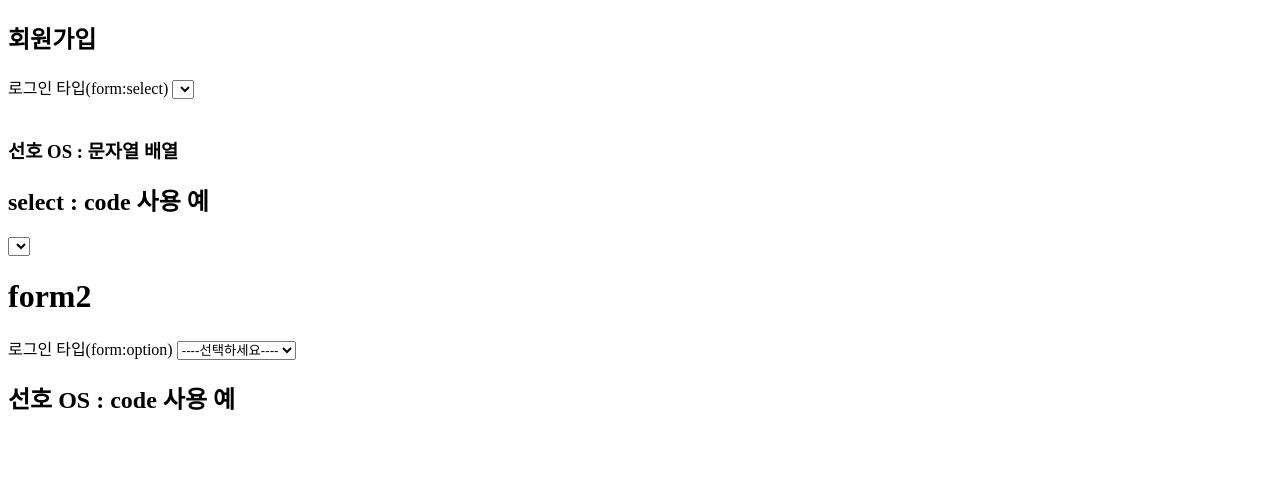
Repository: hanskim431/STS_Study
Page: http://localhost/sp5-chap11/WEB-INF/view/form/form2.jsp
An editor plug-in stored every save of this project. The page is shown before and after the next save, followed by the edit.
The browser window is 1280 px wide. The pictures show the whole page.
The page is served by Tomcat 9. Nobody is signed in. The template is opened directly, without the code that normally fills it, so the values that code supplies are empty.

Above is the page before, as saved 2023-06-09 03:07:16.

After the next save:
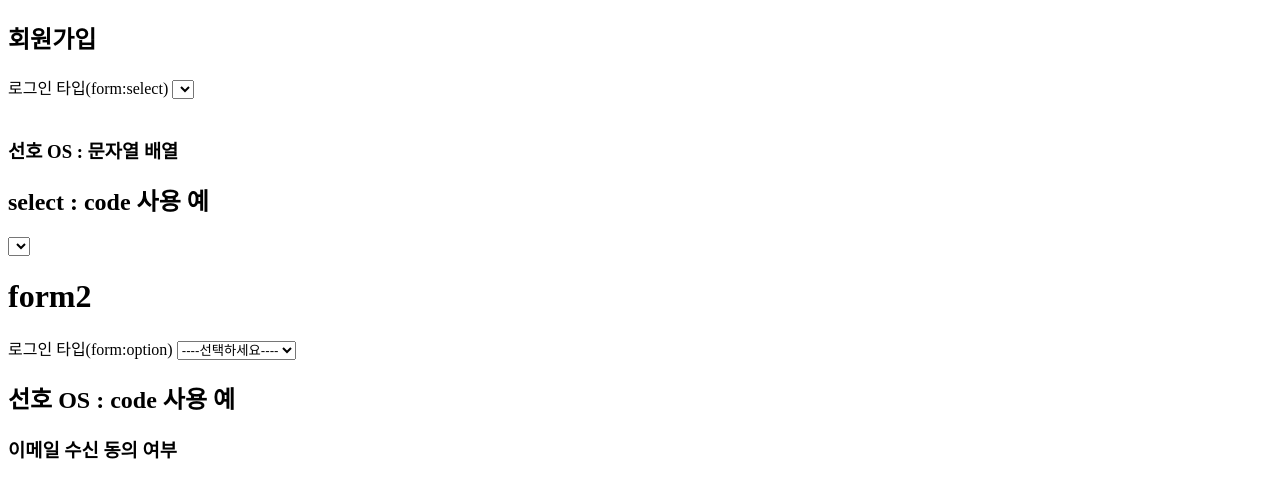
Saved 32 s later.
--- a/sp5-chap11/src/main/webapp/WEB-INF/view/form/form2.jsp
+++ b/sp5-chap11/src/main/webapp/WEB-INF/view/form/form2.jsp
@@ -48,6 +48,8 @@
 	<h2>선호 OS : code 사용 예</h2>
 		<form:checkboxes items="${favoriteOsCodes}" path="favoriteOS" itemLabel="label" itemValue="code"/>
 	</div>
+
+	<h3>이메일 수신 동의 여부</h3>
 </form:form>
 </body>
 </html>
